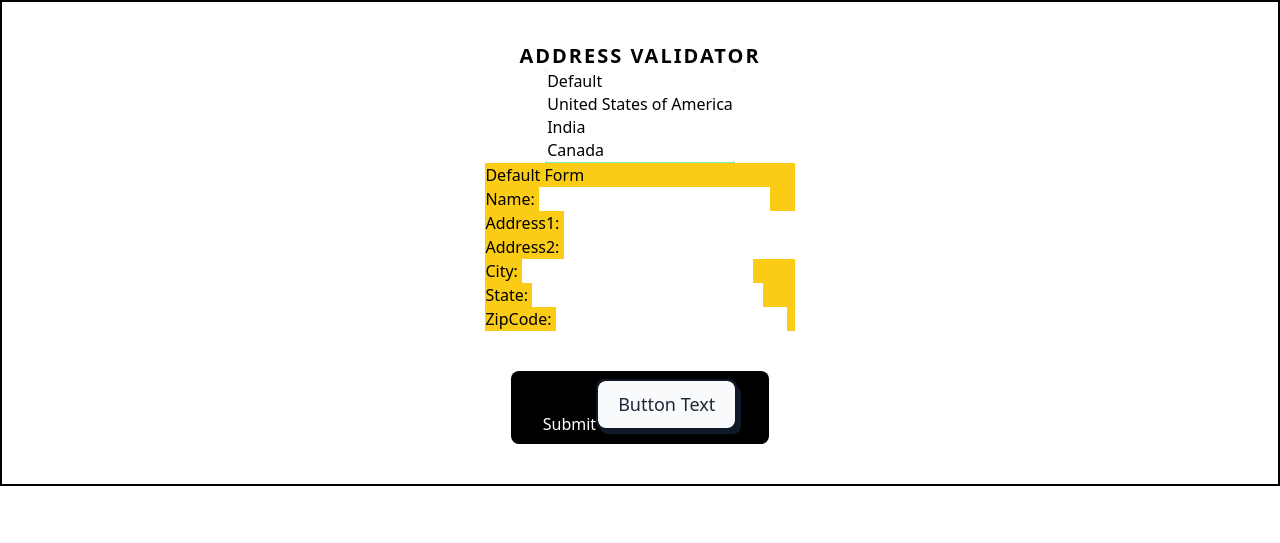
Repository: jay-singhvi/SWArchDesign_TeamProject
Page: / (app in frontend/address-validation/)
An editor plug-in stored every save of this project. The page is shown before and after the next save, followed by the edit.
The browser window is 1280 px wide. The pictures show the whole page.
The project was rebuilt for these pictures with package versions that can differ from the ones it lists, and the page was loaded fresh each time. Also part of the build but not shown: frontend/address-validation/src/App.css.

Above is the page before, as saved 2023-03-07 13:55:54.

After the next save:
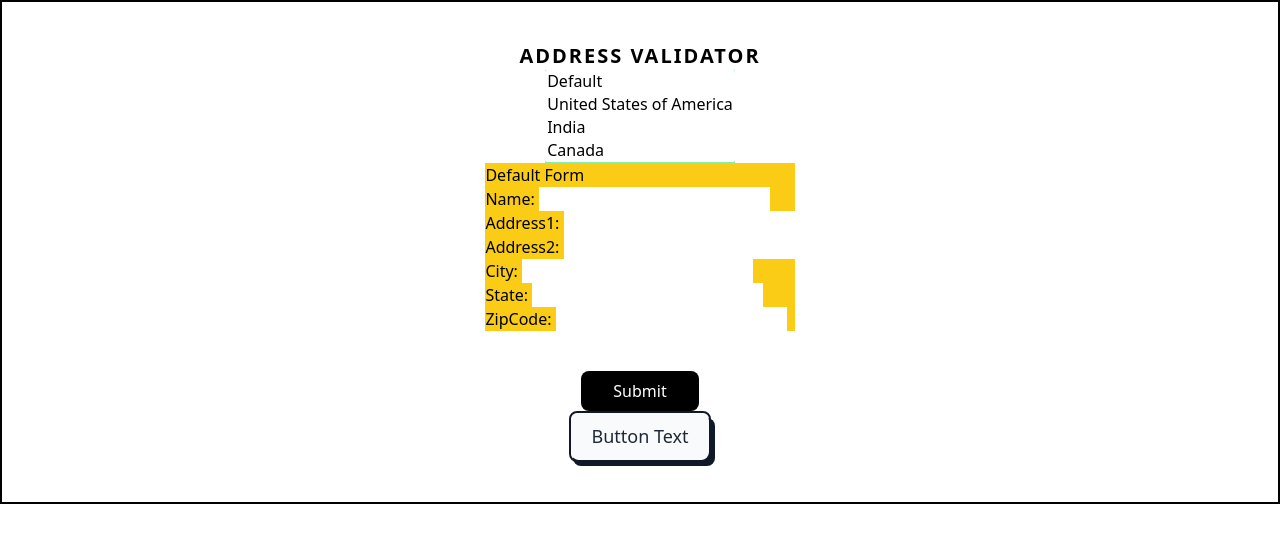
Saved 51 s later.
--- a/frontend/address-validation/src/App.js
+++ b/frontend/address-validation/src/App.js
@@ -155,7 +155,9 @@ function App() {
       {renderForm()}
 
       <button type="submit" onClick={findAddress} className=" mt-10 bg-black cursor-pointer px-8 py-2 rounded-lg text-white ">
-          Submit<a href="#_" class="relative inline-block text-lg group">
+          Submit
+        </button>
+        <a href="#_" class="relative inline-block text-lg group">
 <span class="relative z-10 block px-5 py-3 overflow-hidden font-medium leading-tight text-gray-800 transition-colors duration-300 ease-out border-2 border-gray-900 rounded-lg group-hover:text-white">
 <span class="absolute inset-0 w-full h-full px-5 py-3 rounded-lg bg-gray-50"></span>
 <span class="absolute left-0 w-48 h-48 -ml-2 transition-all duration-300 origin-top-right -rotate-90 -translate-x-full translate-y-12 bg-gray-900 group-hover:-rotate-180 ease"></span>
@@ -163,7 +165,6 @@ function App() {
 </span>
 <span class="absolute bottom-0 right-0 w-full h-12 -mb-1 -mr-1 transition-all duration-200 ease-linear bg-gray-900 rounded-lg group-hover:mb-0 group-hover:mr-0" data-rounded="rounded-lg"></span>
 </a>
-        </button>
 
       {responseData && (
         <div>
